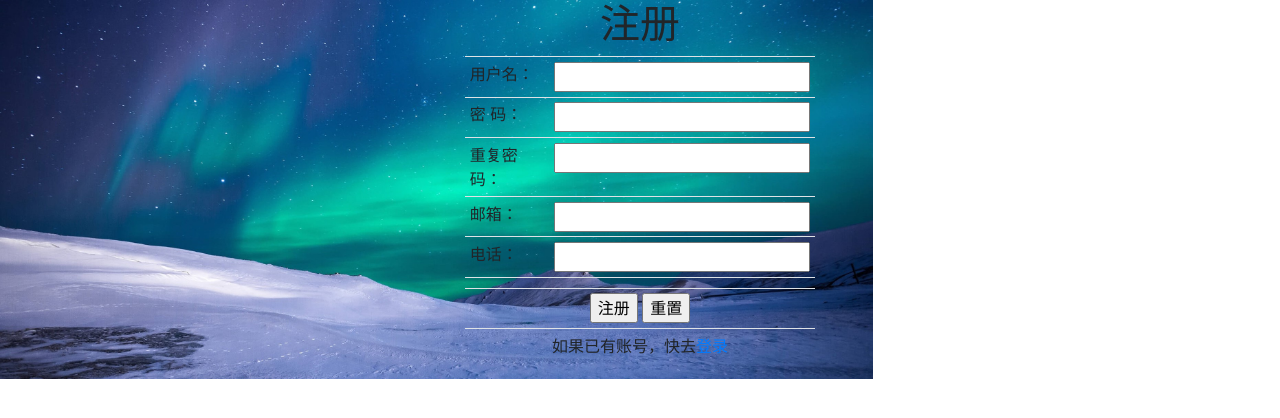
Repository: DHUAVH/Blog
Page: http://localhost/register.php
An editor plug-in stored every save of this project. The page is shown before and after the next save, followed by the edit.
The browser window is 1280 px wide. The pictures show the whole page.
Some web libraries are served in a nearby version. The page is run by PHP 8.4 with error messages shown; the project is at /var/www/html/.

Above is the page before, as saved 2020-11-29 18:05:23.

### register.php
<!DOCTYPE html>
<html lang="en">
<head>
    <meta charset="UTF-8">
    <meta name="viewport" content="width=device-width, initial-scale=1.0">
    <link rel="stylesheet" type="text/css" href="CSS\blog.css">
    <link rel="stylesheet" href="https://cdn.staticfile.org/twitter-bootstrap/4.3.1/css/bootstrap.min.css">
    <script src="https://cdn.staticfile.org/jquery/3.2.1/jquery.min.js"></script>
    <script src="https://cdn.staticfile.org/popper.js/1.15.0/umd/popper.min.js"></script>
    <script src="https://cdn.staticfile.org/twitter-bootstrap/4.3.1/js/bootstrap.min.js"></script>

    <title>注册界面</title>
</head>
<body class="background">
    <div class="container">
        <h1 class="text-center">注册</h1>
        <div class="row">
            <div class="col-sm-4 offset-sm-4">
                <form action="registerAction.php" method="POST">
                    <table class="table table-sm">
                        <tr>
                            <td>用户名：</td>
                            <td><input type="text" name="username" required></td>
                        </tr>

                        <tr>
                            <td>密   码：</td>
                            <td><input type="password" name="password" required></td>
                        </tr>

                        <tr>
                            <td>重复密码：</td>
                            <td><input type="password" name="re_password" required></td>
                        </tr>

                        <tr>
                            <td>邮箱：</td> <td><input type="email" name="email" required></td>
                        </tr>

                        <tr>
                            <td>电话：</td> <td><input type="text" name="phone" required></td>
                        </tr>

                        <tr>
                            <td colspan="2" class="text-center" style="color:red;font-size:10px;">
                            <?php
                            $err=isset($_GET["err"]) ? $_GET["err"] : "";
                            switch($err){
                                case 1:
                                    echo "<div class='alert alert-waring alert-dismissible fade show' role='alert'>";
                                    echo "<strong>警告!用户名已存在！</strong>";
                                    echo "<button type=button' class='close' data-dismiss='alert' aria-label='Close'>";
                                    echo "<span aria-hidden='true'>&times;</span>";
                                    echo "</button>";
                                break;

                                case 2:
                                    echo "<div class='alert alert-danger alert-dismissible fade show' role='alert'>";
                                    echo "<strong>错误!密码与重复密码不一致!</strong>";
                                    echo "<button type=button' class='close' data-dismiss='alert' aria-label='Close'>";
                                    echo "<span aria-hidden='true'>&times;</span>";
                                    echo "</button>";
                                break;
                            }
                            ?>
                            </td>
                        </tr>

                        <tr>
                            <td colspan="2" class="text-center">
                                <input type="submit" id="register" name="register" value="注册">
                                <input type="reset" id="reset" name="reset" value="重置">
                            </td>
                        </tr>

                        <tr>
                            <td colspan="2" class="text-center">如果已有账号，快去<a href="login.php">登录</a></td>
                        </tr>
                    </table>
                </form>
            </div>
        </div>
    </div>

</body>
</html>

### CSS/blog.css
.background{
    background:url(../images/bg.jpg);
    background-size:contain;
    background-repeat: no-repeat;
}

.login_input{
    border-radius: 5px;
    position: relative;
    width: 200px;
    height: 40px;
 }

 .captcha_input{
    border-radius: 5px;
    position: relative;
    left: 5px;
    width: 100px;
    height: 38px;
 }

 .submit{
    border-radius: 5px;
 }

 .reset{
    border-radius: 5px;
    left: 5px;
 }

.search{
    border-radius: 10px;
    position: relative;
    top: 2px;
    width: 200px;
    height: 35px;
 }

 #result{
    position: absolute;
    top: 58px;
    left: 70px;
    z-index: 999;
    width: 300px;
    height: auto;
    background-color: white;
    border-radius: 5px;
 }

After the next save:
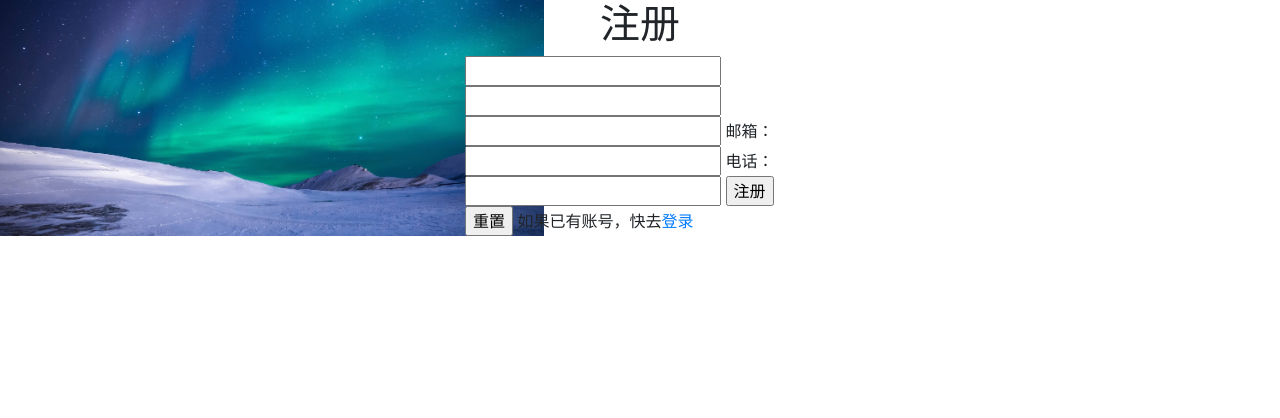
Saved 113 s later.
--- a/register.php
+++ b/register.php
@@ -17,25 +17,15 @@
         <div class="row">
             <div class="col-sm-4 offset-sm-4">
                 <form action="registerAction.php" method="POST">
-                    <table class="table table-sm">
-                        <tr>
-                            <td>用户名：</td>
-                            <td><input type="text" name="username" required></td>
-                        </tr>
+                    <div class="text-center"></div>
+<input type="text" name="username" required>
 
-                        <tr>
-                            <td>密   码：</td>
-                            <td><input type="password" name="password" required></td>
-                        </tr>
+  <input type="password" name="password" required>
 
-                        <tr>
-                            <td>重复密码：</td>
-                            <td><input type="password" name="re_password" required></td>
-                        </tr>
+                            <input type="password" name="re_password" required>
 
-                        <tr>
                             <td>邮箱：</td> <td><input type="email" name="email" required></td>
-                        </tr>
+
 
                         <tr>
                             <td>电话：</td> <td><input type="text" name="phone" required></td>
